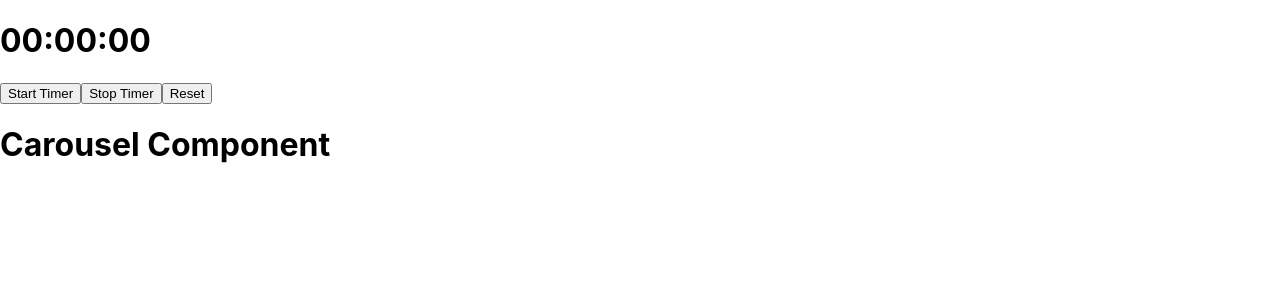
Repository: Aakash20bhatt/LearnReact
Page: / (app in machine-coding/)
The author's editor kept a copy of each file at every save. The page is drawn from the files as they stood at one save, then again after the next save.
The browser window is 1280 px wide. The pictures show the whole page.
The project was rebuilt for these pictures with package versions that can differ from the ones it lists, and the page was loaded fresh each time. Also part of the build but not shown: machine-coding/src/App.css.

Above is the page before, as saved 2024-09-22 22:23:20.

After the next save:
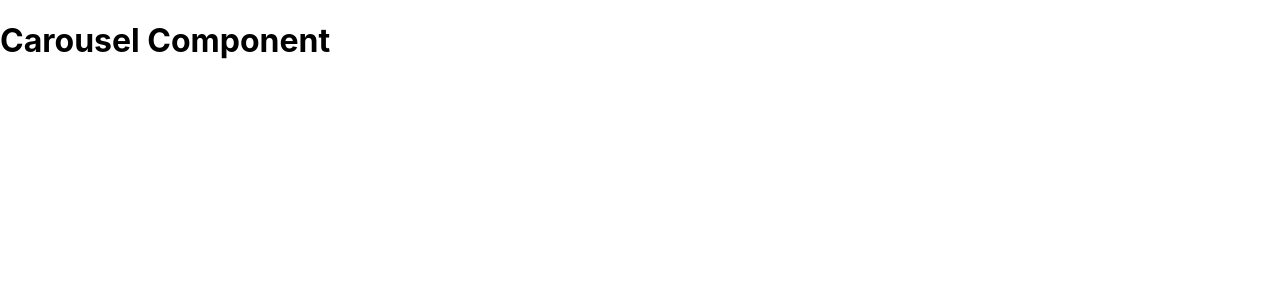
Saved 18 s later.
--- a/machine-coding/src/StopWatchApp.js
+++ b/machine-coding/src/StopWatchApp.js
@@ -1,11 +1,11 @@
 import './App.css'
-import StopWatch from './components/StopWatch'
+// import StopWatch from './components/StopWatch'
 import Carousel from './components/Carousel'
 
 function StopWatchApp(){
     return(
         <>
-            <StopWatch/>
+            {/* <StopWatch/> */}
             <Carousel/>
         </>
     )
